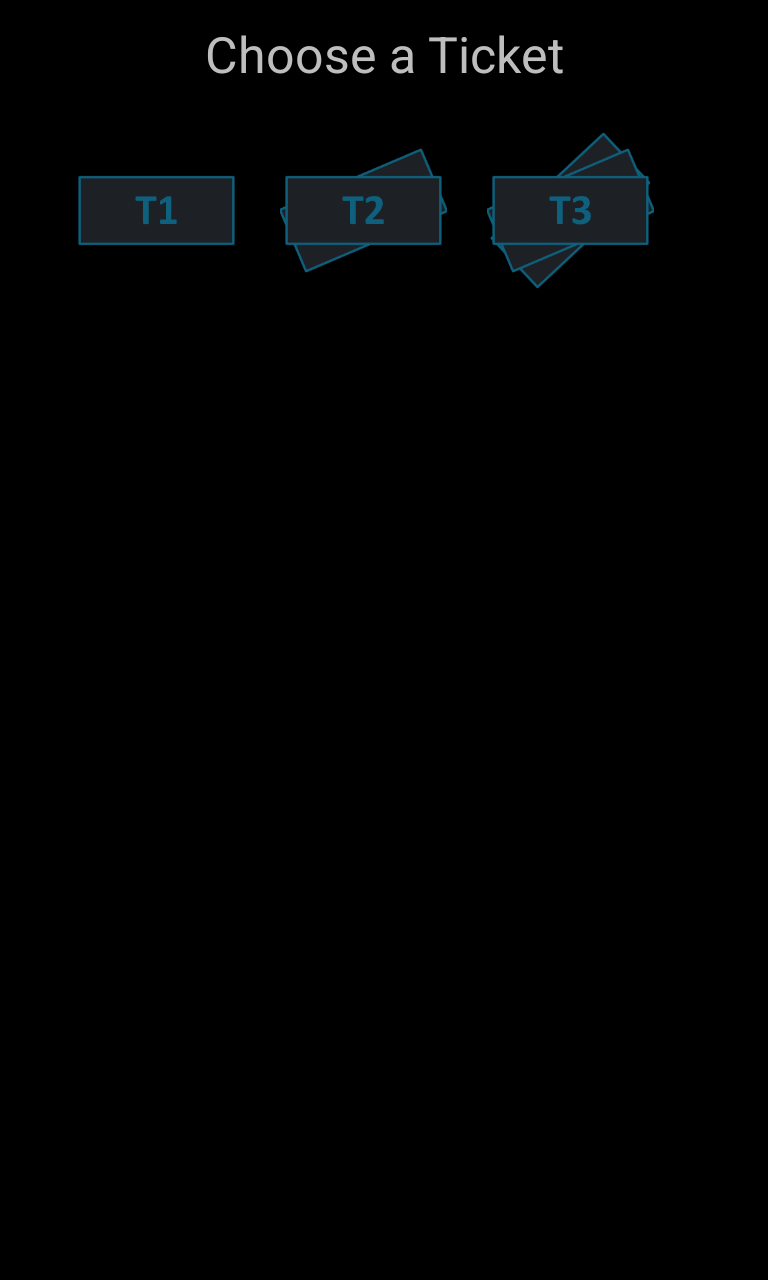
Repository: Nelspike/BusTicketer
Layout: PassengerMode/res/layout/fragment_show_tickets.xml
The author's editor kept a copy of each file at every save. The layout is drawn from the files as they stood at one save, then again after the next save.
It is drawn on a 768 x 1280 px phone screen (xhdpi) without system bars, with theme AppTheme; the app's code is not run.

Above is the layout before, as saved 2013-10-19 20:14:36.

### PassengerMode/res/layout/fragment_show_tickets.xml
<FrameLayout xmlns:android="http://schemas.android.com/apk/res/android"
    xmlns:tools="http://schemas.android.com/tools"
    android:layout_width="match_parent"
    android:layout_height="match_parent"
    tools:context=".ShowTicketsFragment" >

    <LinearLayout
        android:layout_width="match_parent"
        android:layout_height="wrap_content"
        android:orientation="vertical"
        android:paddingTop="10dp">

	    <TextView
	        android:layout_width="match_parent"
	        android:layout_height="wrap_content"
	        android:text="@string/show_tickets_title"
	        android:textSize="25sp"
	        android:gravity="center"/>

		<RadioGroup
		    android:layout_width="match_parent"
		    android:layout_height="wrap_content"
		    android:gravity="center"
		    android:orientation="horizontal"
		    android:paddingTop="20dp" >

			<RadioButton
				android:button="@drawable/t1_selector"
				android:layout_width="wrap_content"
				android:layout_height="wrap_content"
		        android:paddingLeft="20dp"/>

			<RadioButton
				android:button="@drawable/t2_selector"
				android:layout_width="wrap_content"
				android:layout_height="wrap_content"
		        android:paddingLeft="20dp"/>

			<RadioButton
				android:button="@drawable/t3_selector"
				android:layout_width="wrap_content"
				android:layout_height="wrap_content"
		        android:paddingLeft="20dp"/>

		</RadioGroup>

    </LinearLayout>




</FrameLayout>

### PassengerMode/res/values/styles.xml
<resources>

    <!--
        Base application theme, dependent on API level. This theme is replaced
        by AppBaseTheme from res/values-vXX/styles.xml on newer devices.
    -->
    <style name="AppBaseTheme" parent="android:Theme.Holo">
        <!--
            Theme customizations available in newer API levels can go in
            res/values-vXX/styles.xml, while customizations related to
            backward-compatibility can go here.
        -->
    </style>

    <!-- Application theme. -->
    <style name="AppTheme" parent="android:Theme.Holo">
        <!-- All customizations that are NOT specific to a particular API-level can go here. -->
    </style>

</resources>

### PassengerMode/res/values/strings.xml
<?xml version="1.0" encoding="utf-8"?>
<resources>

    <string name="app_name">Passenger Mode</string>
    <string name="action_settings">Settings</string>
    <string name="hello_world">Hello world!</string>
    <string name="welcome_string">Welcome to Bus Ticketer!</string>
    <string name="splash_screen_description">Splash Screen Logo</string>
    <string name="splash_screen_terms">Lorem ipsum dolor sit amet, consectetur adipiscing elit. In porta cursus lacus ut porta. Ut luctus et urna eu malesuada. Donec magna diam, mollis molestie est eu, bibendum semper quam. Curabitur rhoncus iaculis nisi ut luctus. Pellentesque habitant morbi tristique senectus et netus et malesuada fames ac turpis egestas. Ut luctus gravida massa, a posuere nunc sagittis ac. Maecenas porta nisi sed interdum varius. Nunc tincidunt turpis nec orci interdum sollicitudin in at nulla. Integer non lorem a elit elementum iaculis consectetur vel ipsum. Aenean sed eros laoreet, egestas lacus eu, accumsan risus. Aliquam consequat sagittis urna, quis accumsan felis malesuada sed.</string>
    <string name="splash_screen_name_label">Name:</string>
    <string name="splash_screen_card_label">CC No.:</string>
    <string name="splash_screen_register_button">Register it up!</string>
    <string name="title_activity_central">CentralActivity</string>
    <string name="hello_blank_fragment">Hello blank fragment</string>
    <string name="description">Generic Description</string>
    <string name="validate_ticket">Validate!</string>
    <string name="show_tickets_title">Choose a Ticket</string>

</resources>

### PassengerMode/res/drawable-xxhdpi/t1_selector.xml
<?xml version="1.0" encoding="utf-8"?>
<selector xmlns:android="http://schemas.android.com/apk/res/android" >
	<item android:state_checked="true" android:drawable="@drawable/selectedt1" />
	<item android:state_checked="false" android:drawable="@drawable/t1" />
</selector>

### PassengerMode/res/drawable-xxhdpi/t2_selector.xml
<?xml version="1.0" encoding="utf-8"?>
<selector xmlns:android="http://schemas.android.com/apk/res/android" >
	<item android:state_checked="true" android:drawable="@drawable/selectedt2" />
	<item android:state_checked="false" android:drawable="@drawable/t2" />
</selector>

### PassengerMode/res/drawable-xxhdpi/t3_selector.xml
<?xml version="1.0" encoding="utf-8"?>
<selector xmlns:android="http://schemas.android.com/apk/res/android" >
	<item android:state_checked="true" android:drawable="@drawable/selectedt3" />
	<item android:state_checked="false" android:drawable="@drawable/t3" />
</selector>

After the next save:
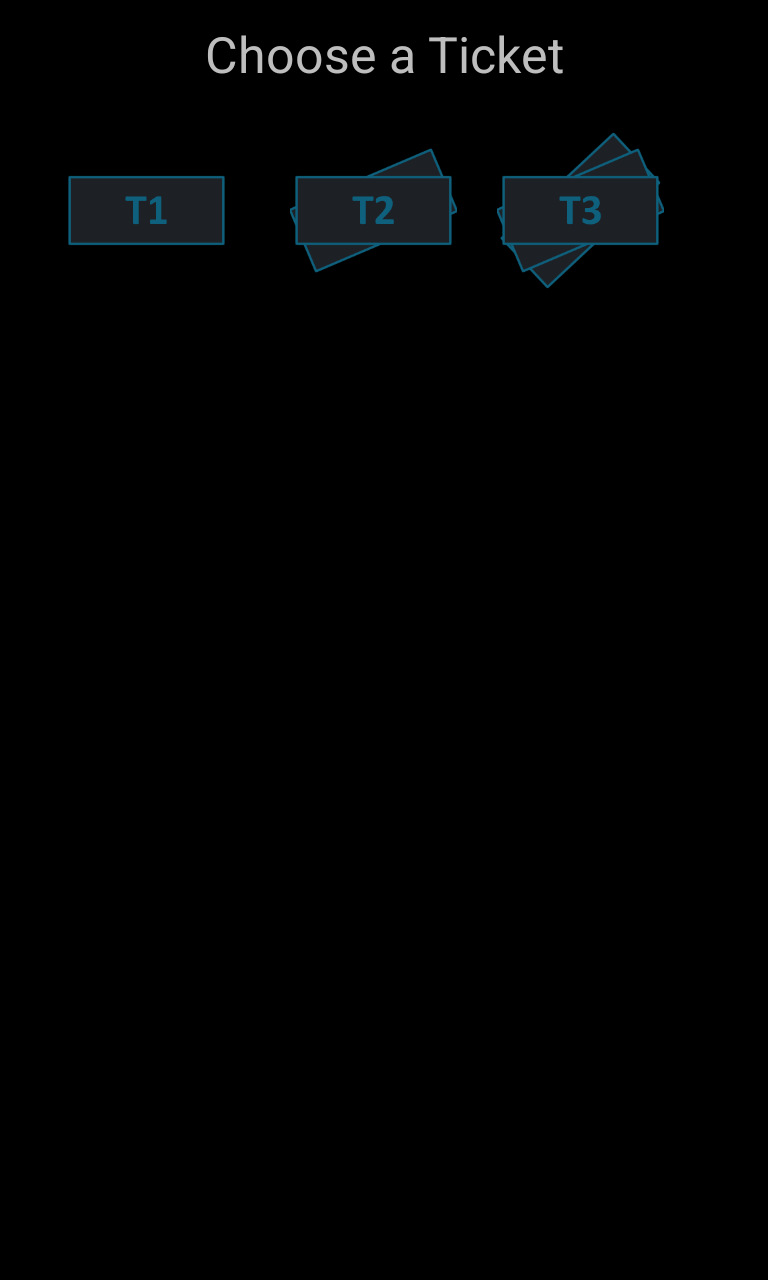
Saved 2 min 21 s later.
--- a/PassengerMode/res/layout/fragment_show_tickets.xml
+++ b/PassengerMode/res/layout/fragment_show_tickets.xml
@@ -28,7 +28,7 @@
 				android:button="@drawable/t1_selector"
 				android:layout_width="wrap_content"
 				android:layout_height="wrap_content"
-		        android:paddingLeft="20dp"/>
+		        android:paddingLeft="30dp"/>
 
 			<RadioButton
 				android:button="@drawable/t2_selector"
